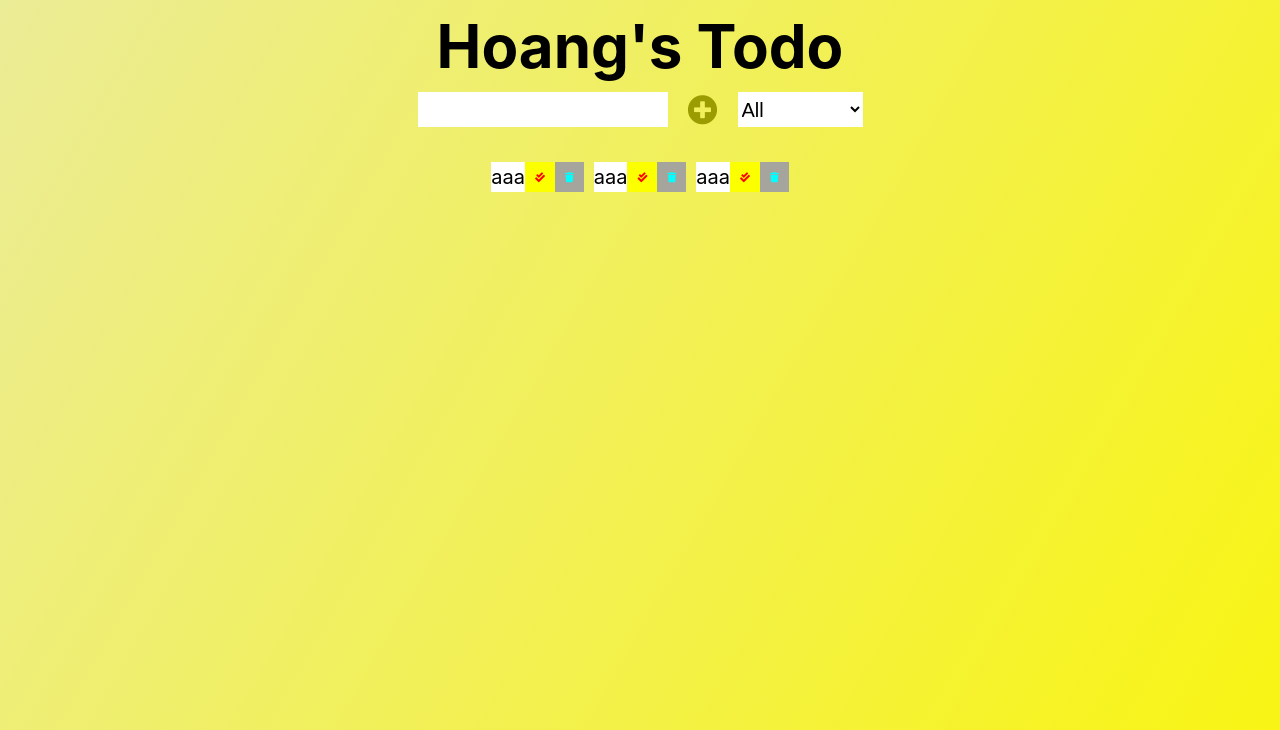
Repository: DinhHoang0607/TodoReact
Page: /
An editor plug-in stored every save of this project. The page is shown before and after the next save, followed by the edit.
The browser window is 1280 px wide. The pictures show the whole page.
Some web libraries are served in a nearby version. The project was rebuilt for these pictures with package versions that can differ from the ones it lists, and the page was loaded fresh each time.

Above is the page before, as saved 2021-09-11 22:47:22.

### public/index.html
<!DOCTYPE html>
<html lang="en">
  <head>
    <meta charset="utf-8" />
    <link rel="icon" href="%PUBLIC_URL%/favicon.ico" />
    <meta name="viewport" content="width=device-width, initial-scale=1" />
    <meta name="theme-color" content="#000000" />
    <meta
      name="description"
      content="Web site created using create-react-app"
    />
    <link rel="apple-touch-icon" href="%PUBLIC_URL%/logo192.png" />
    <!--
      manifest.json provides metadata used when your web app is installed on a
      user's mobile device or desktop. See https://developers.google.com/web/fundamentals/web-app-manifest/
    -->
    <link rel="stylesheet" href="https://pro.fontawesome.com/releases/v5.10.0/css/all.css" integrity="sha384-AYmEC3Yw5cVb3ZcuHtOA93w35dYTsvhLPVnYs9eStHfGJvOvKxVfELGroGkvsg+p" crossorigin="anonymous"/>
    <link rel="manifest" href="%PUBLIC_URL%/manifest.json" />
    <!--
      Notice the use of %PUBLIC_URL% in the tags above.
      It will be replaced with the URL of the `public` folder during the build.
      Only files inside the `public` folder can be referenced from the HTML.

      Unlike "/favicon.ico" or "favicon.ico", "%PUBLIC_URL%/favicon.ico" will
      work correctly both with client-side routing and a non-root public URL.
      Learn how to configure a non-root public URL by running `npm run build`.
    -->
    <title>React App</title>
  </head>
  <body>
    <noscript>You need to enable JavaScript to run this app.</noscript>
    <div id="root"></div>
    <!--
      This HTML file is a template.
      If you open it directly in the browser, you will see an empty page.

      You can add webfonts, meta tags, or analytics to this file.
      The build step will place the bundled scripts into the <body> tag.

      To begin the development, run `npm start` or `yarn start`.
      To create a production bundle, use `npm run build` or `yarn build`.
    -->
  </body>
</html>

### src/App.js
import "./App.css";
import React, { useState } from "react";
import Form from "./components/Form";
import List from "./components/List";
function App() {
  const [inputText, setInputText] = useState("");
  const [listItem, setListItem] = useState([]);
  return (
    <div className="App">
      <header>
        <h1>Hoang's Todo</h1>
      </header>
      <Form
        listItem={listItem}
        setListItem={setListItem}
        setInputText={setInputText}
        inputText={inputText}
      />
      <List inputText={inputText} />
    </div>
  );
}

export default App;

### src/App.css
*,
*::before,
*::after {
  box-sizing: border-box;
  padding: 0;
  margin: 0;
}
html {
  font-size: 62.5%;
}
body {
  width: 100%;
  height: 100vh;
  background-image: linear-gradient(120deg, #ebec96 0%, #f8f414 100%);
}
header {
  font-size: 3rem;
  margin: 1rem auto;
}
header,
form {
  display: flex;
  justify-content: center;
  align-items: center;
}
.form__input {
  width: 25rem;
  height: 3.5rem;
  border: none;
  background: white;
}
.btn {
  cursor: pointer;
  display: flex;
  /* align-items: center;

  justify-content: center; */
}
.form__btn {
  color: #9a9c01;
  margin: auto 2rem;
  /* width: 3.5rem;
  height: 3.5rem; */
  /* border-radius: 50%; */
  font-size: 3rem;
  border: none;
  transition: all 0.3s ease;
  background: none;
}
.form__btn:hover {
  color: rgb(27, 247, 255);
}
.select__item {
  width: 12.5rem;
  height: 3.5rem;
  border: none;
  background: white;
  font-size: 2rem;
}
.select__item,
option {
  cursor: pointer;
}
.container {
  display: flex;
  justify-content: center;
  align-items: center;
}
.list {
  list-style: none;
}
.list:nth-child(1) {
  margin-top: 3rem;
}
.item {
  margin: 0.5rem;
  background: white;
  font-size: 2rem;
  color: black;
  display: flex;
  justify-content: space-between;
  align-items: center;
  float: left;
  height: 3rem;
}
.fa-check-double,
.fa-trash {
  background-color: #fbff00;
  color: red;
  border: none;
  padding: 1rem;
  font-size: 1rem;
}
.fa-trash {
  background-color: #a5a59e;
  color: aqua;
}
.item__li {
  flex: 1;
}

### src/components/Form.js
import React from "react";
const Form = ({ inputText, setInputText, listItem, setListItem }) => {
  const handleAddItem = (e) => {
    setInputText(e.target.value);
    console.log(e.target.value);
  };
  const handleSubmit = (e) => {
    e.preventDefault();
    setListItem([...listItem, {
      id: (Date.now() + "").slice(-10),
      status: false,
      text: inputText,
    }]);
      setInputText('')
  };
  return (
    <form className="form">
      <input value={inputText} onChange={handleAddItem} type="text" className="form__input" />
      <button className="form__btn btn" onClick={handleSubmit} type="submit">
        <i class="fas fa-plus-circle"></i>
      </button>
      <div className="form__select">
        <select name="items" className="select__item">
          <option value="all" selected="selected">
            All
          </option>
          <option value="completed">Completed</option>
          <option value="inProcess">InProcess</option>
        </select>
      </div>
    </form>
  );
};

export default Form;

### src/components/List.js
import React from "react";
import Item from "./Item";

const List = ({ inputText }) => {
  return (
    <div className="container">
      <ul className="list">
        <Item item='aaa'/>
        <Item item='aaa'/>
        <Item item='aaa'/>
      </ul>
    </div>
  );
};

export default List;

### src/components/Item.js
import React from "react";

const Item = ({ item }) => {
  return (
    <div className="item">
      <li className="item__li">{item}</li>
      <button className="btn fas fa-check-double"></button>
      <button className="btn fas fa-trash"></button>
    </div>
  );
};

export default Item;

Loaded but not shown: src/index.js (common file); src/index.css (common file); src/reportWebVitals.js (common file)

After the next save:
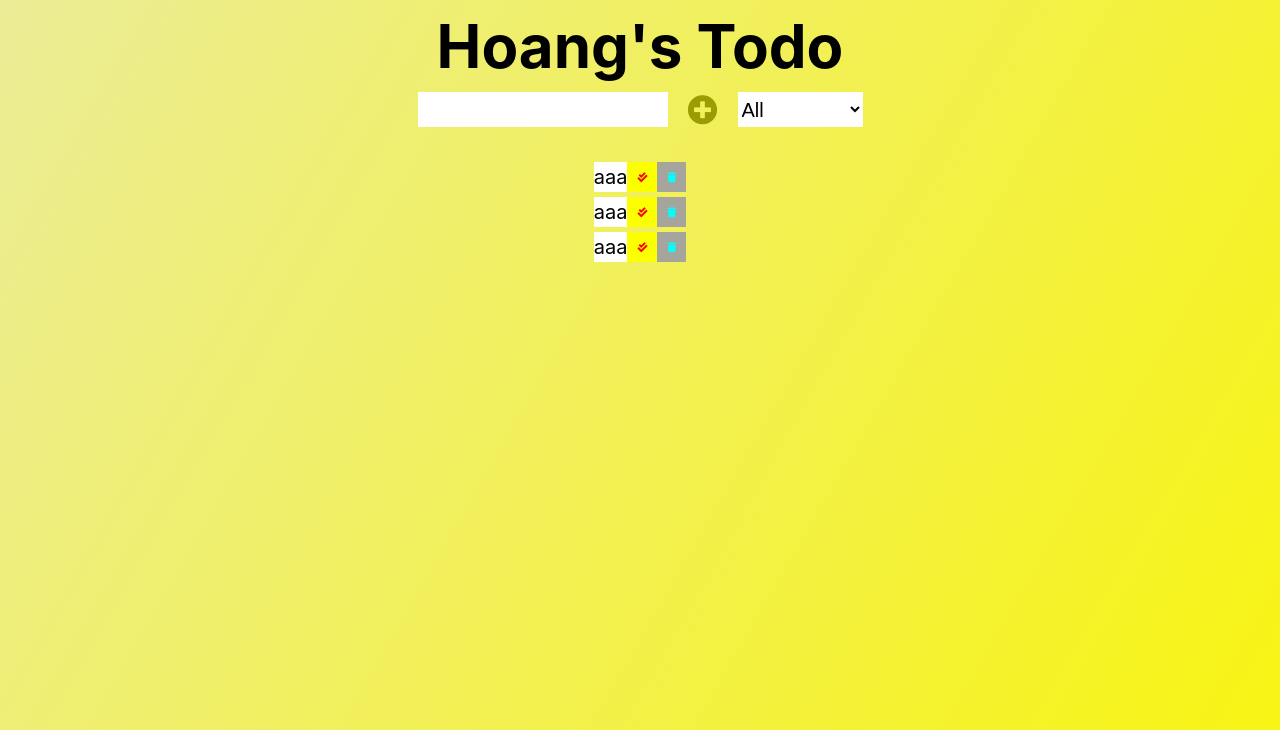
Saved 8 min 4 s later.
--- a/src/App.css
+++ b/src/App.css
@@ -80,7 +80,7 @@ option {
   display: flex;
   justify-content: space-between;
   align-items: center;
-  float: left;
+  /* float: left; */
   height: 3rem;
 }
 .fa-check-double,
